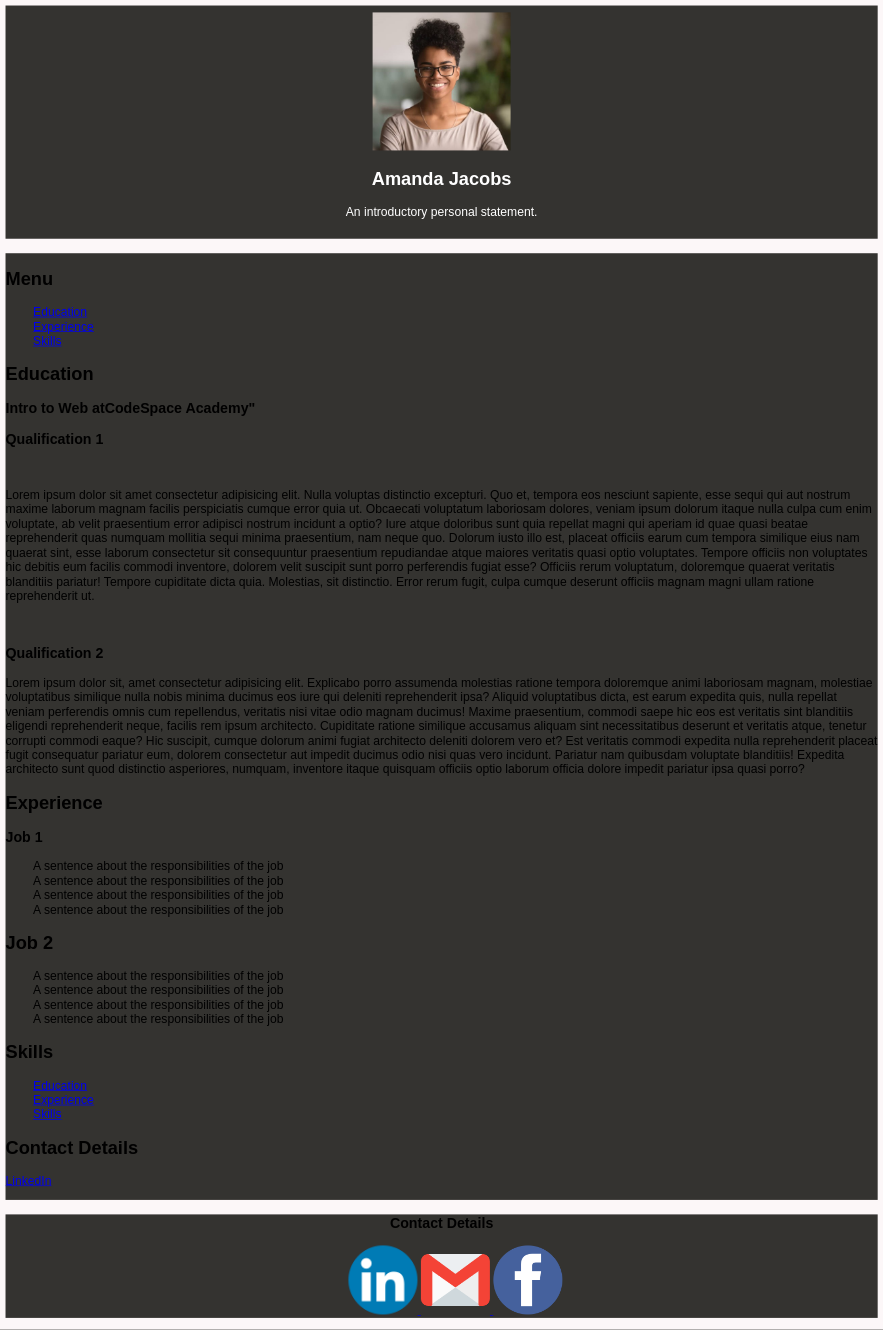
Repository: LeonardMhere/Resume-3
Page: resume `3/index.html
The author's editor kept a copy of each file at every save. The page is drawn from the files as they stood at one save, then again after the next save.
The browser window is 1280 px wide. The pictures show the whole page, at 69% of full size.

Above is the page before, as saved 2023-03-23 09:18:31.

After the next save:
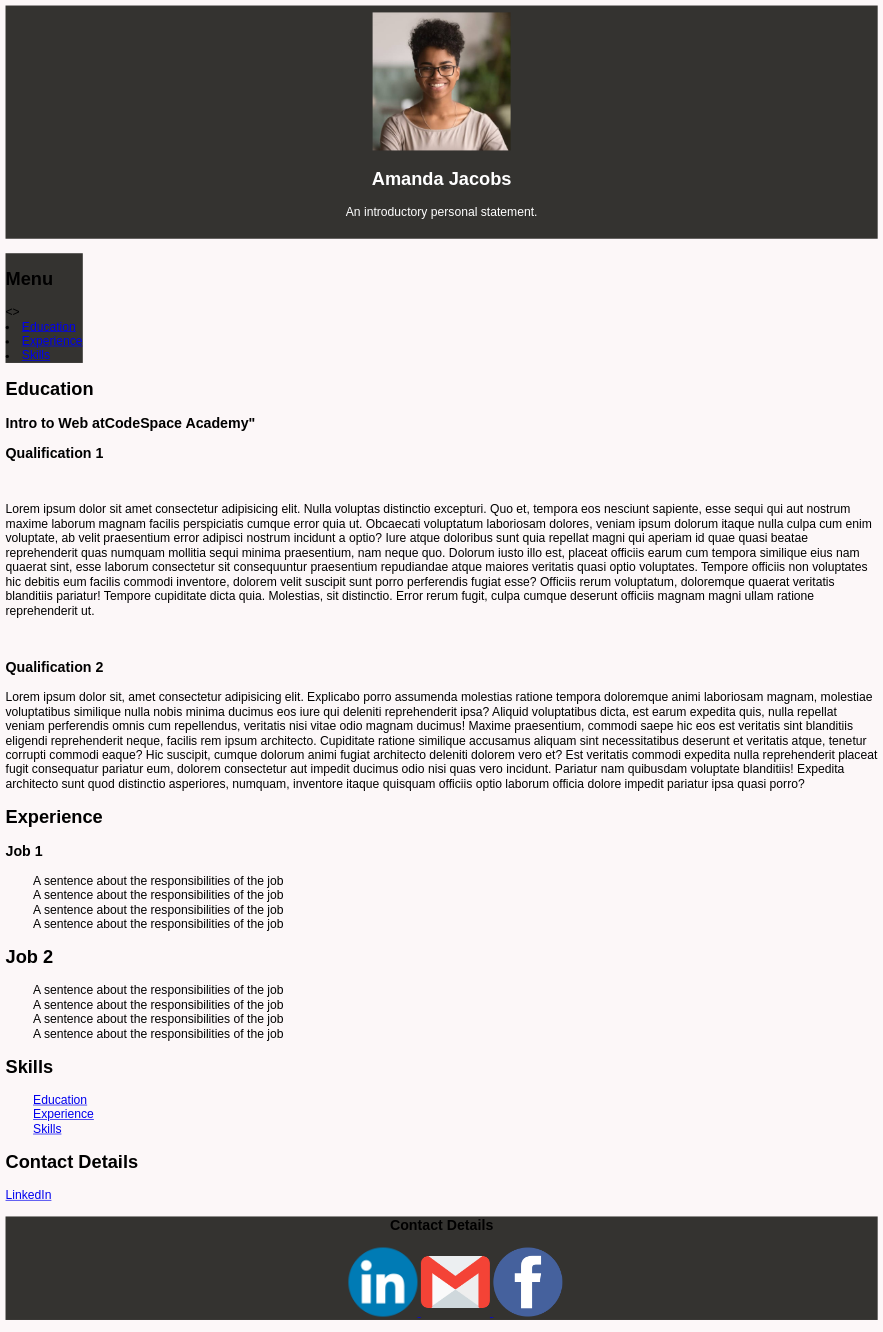
Saved 67 s later.
--- a/resume `3/index.html
+++ b/resume `3/index.html
@@ -30,10 +30,11 @@
       <nav>
         <h2>Menu</h2>
 
-    <ul>
+    <>
       <li><a href="education">Education</a></li>
       <li><a href="experience">Experience</a></li>
       <li><a href="skills">Skills</a></li>
+      </div>
   </ul>
 </nav>
 </aside>
